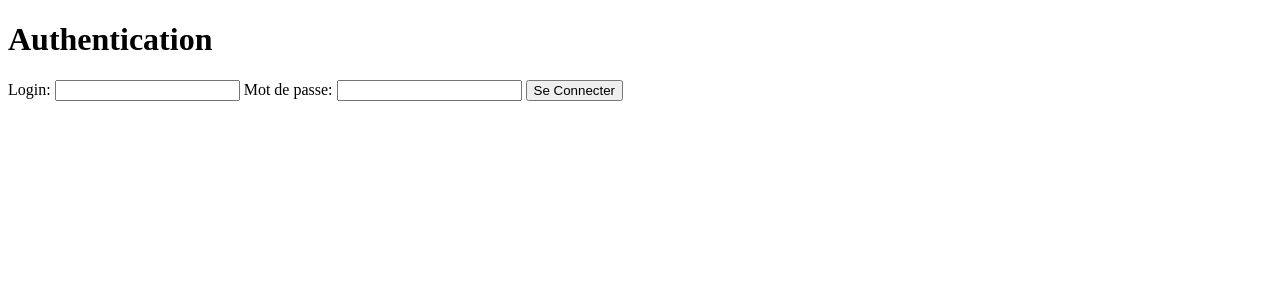
Repository: ibrahimadiagneseck/jakarta-ee
Page: test/src/main/webapp/login.html
These files come from the project's save history. The page is drawn as it stood at one moment and after the next save; the edit follows.
The browser window is 1280 px wide. The pictures show the whole page.

Above is the page before, as saved 2023-12-12 10:40:00.

### test/src/main/webapp/login.html
<!DOCTYPE html>
<html>
<head>
<meta charset="ISO-8859-1">
<title>Connexion</title>
</head>
<body>
     <h1>Authentication</h1>
     <form action="/test/connexion" method="post">
        <label for="login">Login:</label>
        <input type="text" id="login" name="login" required>

        <label for="password">Mot de passe:</label>
        <input type="password" id="password" name="password" required>

        <button type="submit">Se Connecter</button>
    </form>
</body>
</html>

After the next save:
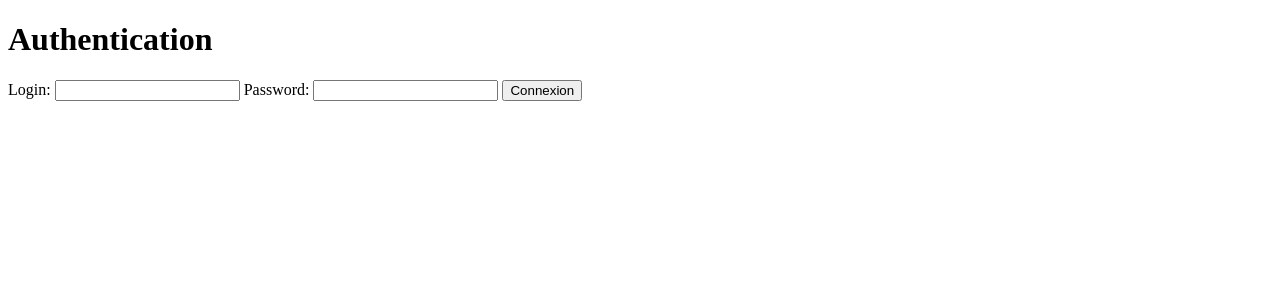
Saved 2 min 39 s later.
--- a/test/src/main/webapp/login.html
+++ b/test/src/main/webapp/login.html
@@ -10,10 +10,10 @@
         <label for="login">Login:</label>
         <input type="text" id="login" name="login" required>
 
-        <label for="password">Mot de passe:</label>
+        <label for="password">Password:</label>
         <input type="password" id="password" name="password" required>
 
-        <button type="submit">Se Connecter</button>
+        <button type="submit">Connexion</button>
     </form>
 </body>
 </html>
